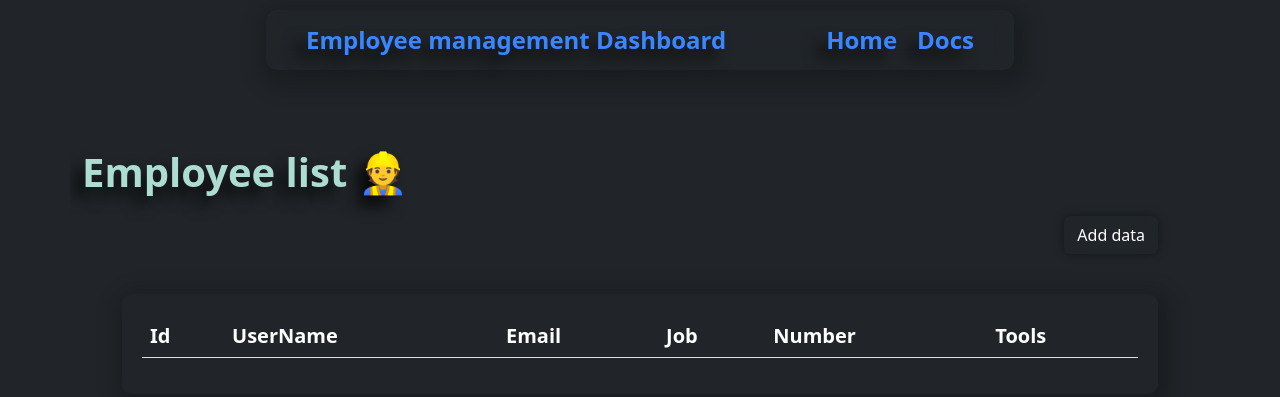
Repository: iamevs/Employee-Management-System
Page: /home (app in client/)
These files come from the project's save history. The page is drawn as it stood at one moment and after the next save; the edit follows.
The browser window is 1280 px wide. The pictures show the whole page.
The page's requests for data from a server got no answer. The project was rebuilt for these pictures with package versions that can differ from the ones it lists, and the page was loaded fresh each time. No one was signed in, and anything a server would have sent is missing. Also part of the build but not shown: client/vite.config.js, client/src/components/Register.jsx, client/src/components/Edit.jsx, client/src/components/Hero.jsx. Imported but missing from the stored project, and not drawn on this page: client/src/components/Details.

Above is the page before, as saved 2022-11-29 00:34:22.

After the next save:
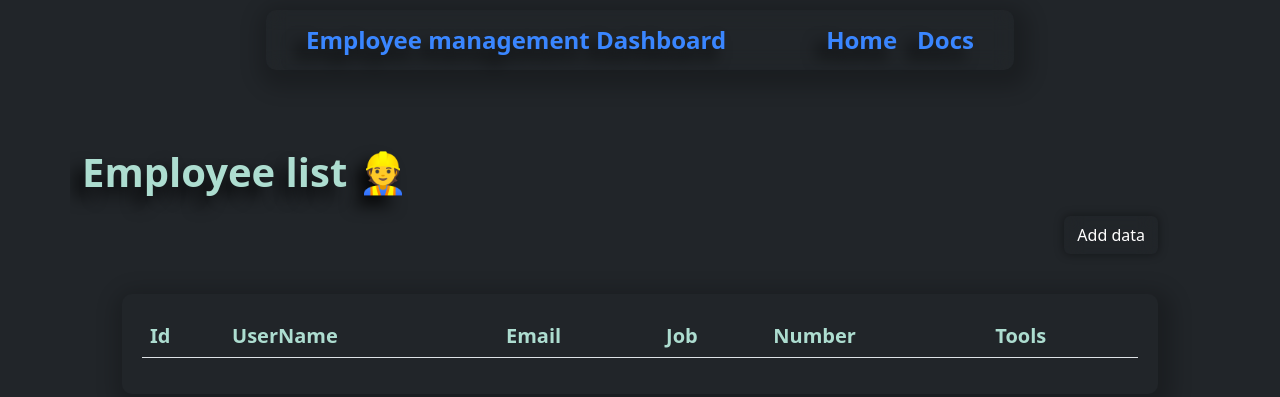
Saved 14 s later.
--- a/client/src/components/Home.jsx
+++ b/client/src/components/Home.jsx
@@ -132,8 +132,9 @@ const Home = () => {
                     }}>
                         <table class="table">
                             <thead>
-                                <tr className="table text-white col-6" style={{
+                                <tr className="table" style={{
                                     fontSize: "20px",
+                                    color: "#ADDDD0",
                                 }}>
                                     <th scope="col">Id</th>
                                     <th scope="col">UserName</th>
